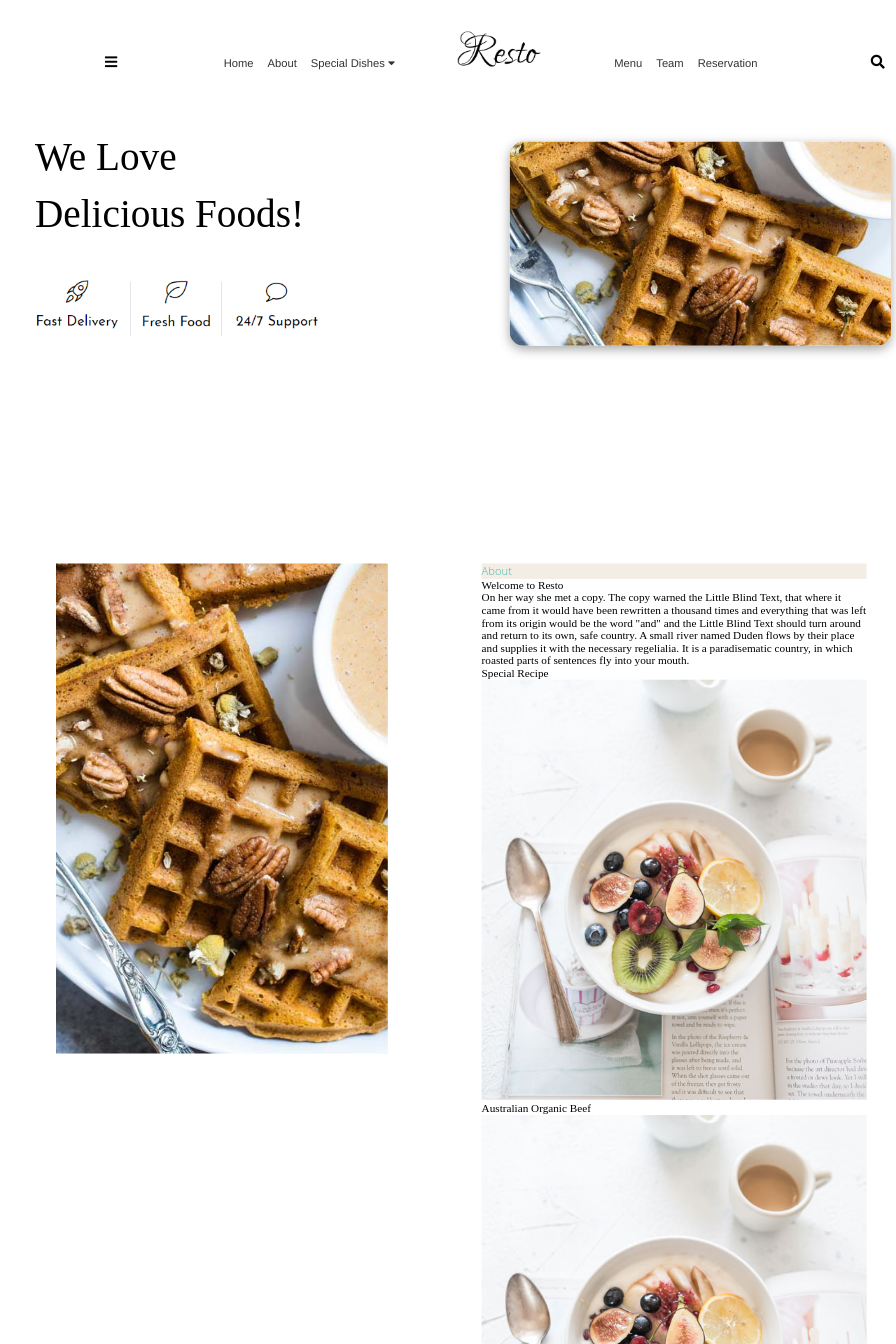
Repository: nguyenanhtuanHDU/myrestaurant
Page: index.html
An editor plug-in stored every save of this project. The page is shown before and after the next save, followed by the edit.
The browser window is 1280 px wide. The pictures show the part of the page from y = 0 to 1920 px (the page is 2837 px tall), at 70% of full size.

Above is the page before, as saved 2022-02-01 01:57:55.

After the next save:
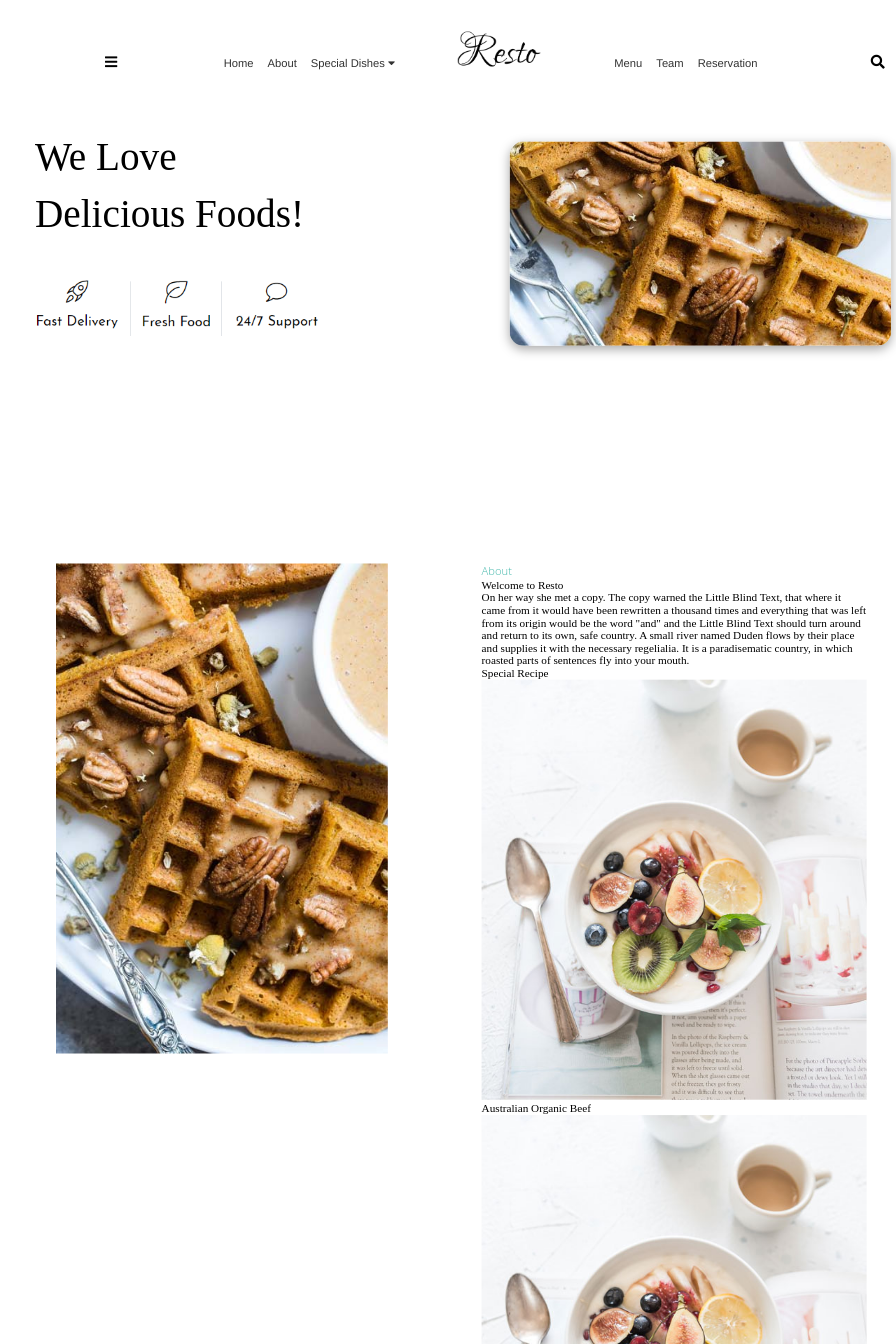
Saved 7 s later.
--- a/assets/style.css
+++ b/assets/style.css
@@ -212,5 +212,4 @@
     color: #45b8ac;
     font-family: 'Open Sans',sans-serif;
     font-weight: 300;
-    background-color: #f4ede5;
-}
+}
